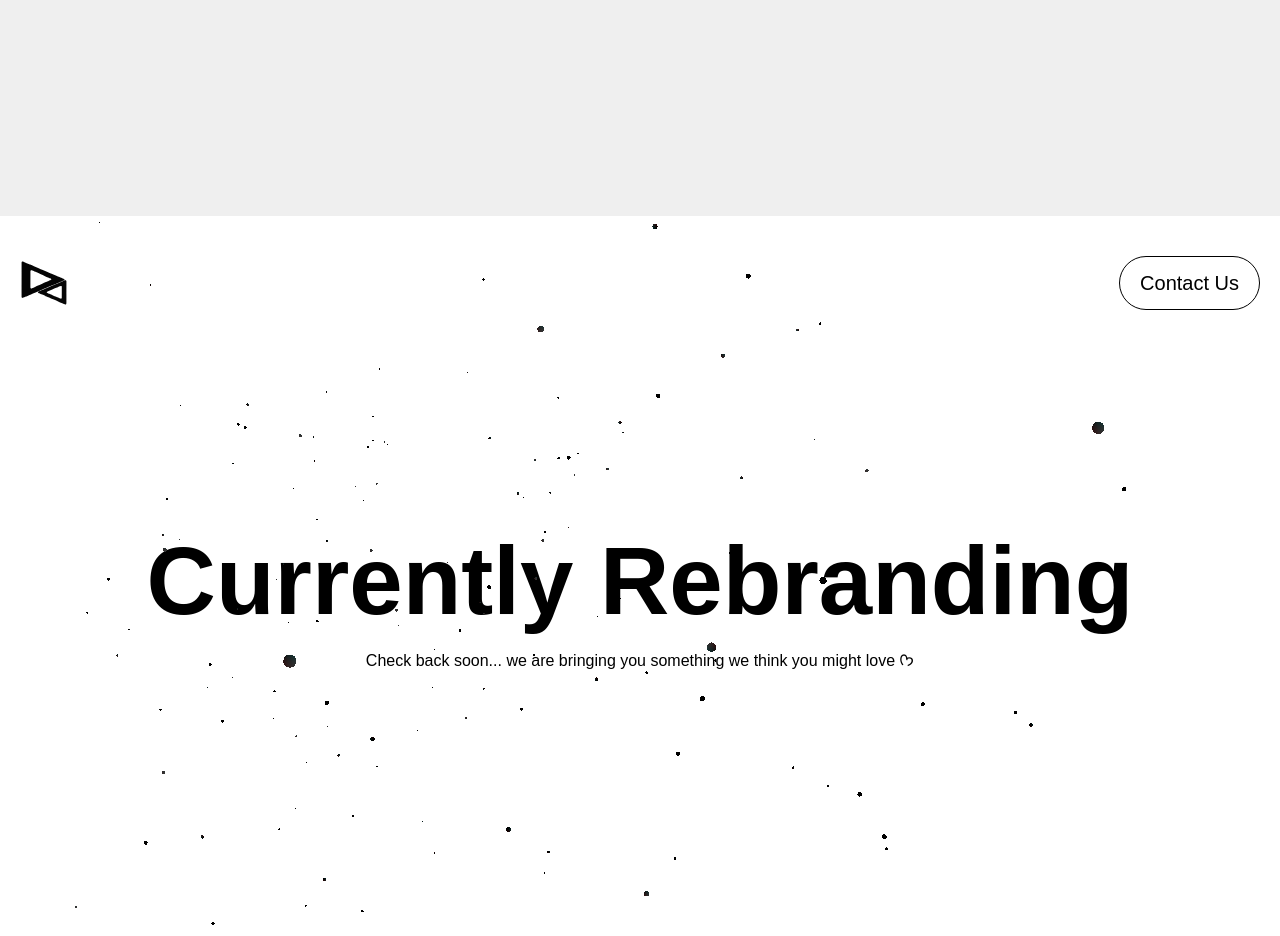
Repository: Cybugg/Nexxistudios-new
Page: /
The author's editor kept a copy of each file at every save. The page is drawn from the files as they stood at one save, then again after the next save.
The browser window is 1280 px wide. The pictures show the whole page.
The project was rebuilt for these pictures with package versions that can differ from the ones it lists, and the page was loaded fresh each time. The framework's server and built-in components were replaced by stand-ins that run in the browser. Also part of the build but not shown: next.config.mjs.

Above is the page before, as saved 2025-09-06 15:41:06.

### app/layout.js
import { Geist, Geist_Mono } from "next/font/google";
import localFont from "next/font/local";
import "./globals.css";
import Particles from "./Effects/Particles";


const geistSans = Geist({
  variable: "--font-geist-sans",
  subsets: ["latin"],
});
const clashGrotesk = localFont({
  src:"./../public/fonts/TTF/ClashGrotesk-Variable.ttf",
  variable:"--font-clashGrotesk"
})

const geistMono = Geist_Mono({
  variable: "--font-geist-mono",
  subsets: ["latin"],
});

export const metadata = {
  title: "Create Next App",
  description: "Generated by create next app",
};

export default function RootLayout({ children }) {
  return (
    <html lang="en">
      <body
        className={`${geistSans.variable} ${geistMono.variable} antialiased relative ${clashGrotesk.variable} `}>
            <div className="absolute w-full h-screen">
              <Particles particleColors={['#000000', '#000000']}
    particleCount={300}
    particleSpread={10}
    speed={0.1}
    particleBaseSize={100}
    moveParticlesOnHover={true}
    alphaParticles={false}
    disableRotation={false}
  />
        </div>

        {children}
      </body>
    </html>
  );
}

### app/page.js
"use client"
import { useGSAP } from "@gsap/react";
import TopNav from "./components/topNav";
import gsap from 'gsap';
import { useRef } from "react";
import Particles from "./Effects/Particles";




export default function Home() {
  const boxRef = useRef(null);
  useGSAP(() => {

    gsap.to("#progress", {
      width:"95%",
      duration:3,
      ease: 'power2.out',
    });
  },);

  return (
    <div className="grid grid-rows-[20px_1fr_20px] min-h-screen p-3 px-5  sm:p-5 bg-white text-black font-clashGrotesk">
      <main className="flex flex-col  row-start-2 items-center mx-auto container" >

      {/* Nav section */}
  <TopNav />
      {/* Hero */}
      <section className="h-full w-full flex items-center justify-center">
    <div className="">
    {/* <div className="text-3xl">
    Re-branding in Progress...
    </div> */}
    <div className="flex flex-col items-center justify-center gap-5 w-full">

{/* Main Text */}
<h1 className=" text-black flex items-center justify-center  w-full font-bold  text-8xl">
Currently Rebranding
</h1>
{/* Sub-text */}
<p className="">
  Check back soon... we are bringing you something we think you might love ᡣ𐭩
</p>
    </div>

    <div>

    </div>
    </div>
      </section>

      </main>
      <footer className="row-start-3 flex gap-[24px] flex-wrap items-center justify-center">

      </footer>
    </div>
  );
}

### app/globals.css
@import "tailwindcss";

:root {
  --background: #ffffff;
  --foreground: #171717;
}

@theme inline {
  --color-background: var(--background);
  --color-foreground: var(--foreground);
  --font-sans: var(--font-geist-sans);
  --font-mono: var(--font-geist-mono);
}

@media (prefers-color-scheme: dark) {
  :root {
    --background: #0a0a0a;
    --foreground: #ededed;
  }
}

body {
  background: var(--background);
  color: var(--foreground);
  font-family: Arial, Helvetica, sans-serif;
}

@keyframes load {
  0% {
    top: 4.5rem;
  }
  70% {
    top: 1.125rem;
  }
  90% {
    top: 0;
  }
  95% {
    top: 0;
  }
  100% {
    top: 4.5rem;
  }
}
@keyframes liquid-1 {
  0% {
    height: 0;
    opacity: 0;
    top: -0.5rem;
  }
  22% {
    height: 0.28125rem;
    top: 0.375rem;
    opacity: 1;
  }
  25% {
    top: -0.25rem;
  }
  35% {
    height: 1.125rem;
    top: -0.5rem;
  }
  55% {
    height: 0.28125rem;
    top: -0.125rem;
  }
  60% {
    height: 0.61875rem;
    opacity: 1;
    top: -0.275rem;
  }
  96% {
    height: 0.84375rem;
    opacity: 0;
    top: 0.5rem;
  }
  100% {
    height: 0;
    opacity: 0;
  }
}
@keyframes liquid-2 {
  0% {
    height: 0;
    opacity: 0;
    top: -0.5rem;
  }
  17.5% {
    height: 0.28125rem;
    top: 0.2rem;
    opacity: 1;
  }
  20% {
    top: -0.25rem;
  }
  25% {
    height: 1.40625rem;
    top: -0.625rem;
  }
  45% {
    height: 0.28125rem;
    top: -0.125rem;
  }
  60% {
    height: 1.40625rem;
    opacity: 1;
    top: -0.5rem;
  }
  96% {
    height: 0.84375rem;
    opacity: 0;
    top: 0.5rem;
  }
  100% {
    height: 0;
    opacity: 0;
  }
}
.battery {
  display: inline-block;
  position: relative;
  width: 2.25rem;
  height: 4.5rem;
  box-shadow: 0 0 0 0.2rem #425c77;
  background: white;
  border-radius: 0.09rem;
}
.battery:before {
  content: "";
  position: absolute;
  left: 0.5625rem;
  right: 0.5625rem;
  top: -0.3375rem;
  height: 0.3375rem;
  width: 1.125rem;
  background: #425c77;
  border-radius: 0.18rem;
}
.battery:after {
  content: "";
  position: absolute;
  top: 0;
  bottom: 0;
  left: 0;
  right: 0;
  border-right: 2.25rem solid transparent;
  border-bottom: 4.05rem solid rgba(255, 255, 255, 0.325);
}

.liquid {
  position: absolute;
  top: 0;
  bottom: 0;
  left: 0;
  right: 0;
  width: 2.25rem;
  background: #71fb85;
  animation: load 2.25s infinite;
}
.liquid:after, .liquid:before {
  content: "";
  position: absolute;
  top: -0.5rem;
  height: 1.125rem;
  width: 1.4625rem;
  background: #71fb85;
  border-radius: 50%;
  opacity: 0;
}
.liquid:after {
  right: 0;
  animation: liquid-1 2.25s infinite;
}
.liquid:before {
  left: 0;
  animation: liquid-2 2.25s infinite;
}

body {
  padding-top: 30vh;
  background: #efefef;
  text-align: center;
}

@keyframes power {
  0% {
    color: #bcbcbc;
  }
  75% {
    color: #bcbcbc;
    text-shadow: none;
  }
  90% {
    color: #58fa70;
    text-shadow: 0 0 0.8em #71fb85;
  }
  100% {
    color: #bcbcbc;
    text-shadow: none;
  }
}
h5 {
  font-family: Lato, sans-serif;
  font-weight: 300;
  letter-spacing: 0.025rem;
  text-transform: uppercase;
  color: #bcbcbc;
  animation: power 2.25s infinite;
}

### app/Effects/Particles.js
"use client"

import { useEffect, useRef } from 'react';
import { Renderer, Camera, Geometry, Program, Mesh } from 'ogl';

const defaultColors = ['#ffffff', '#ffffff', '#ffffff'];

const hexToRgb = hex => {
  hex = hex.replace(/^#/, '');
  if (hex.length === 3) {
    hex = hex
      .split('')
      .map(c => c + c)
      .join('');
  }
  const int = parseInt(hex, 16);
  const r = ((int >> 16) & 255) / 255;
  const g = ((int >> 8) & 255) / 255;
  const b = (int & 255) / 255;
  return [r, g, b];
};

const vertex = /* glsl */ `
  attribute vec3 position;
  attribute vec4 random;
  attribute vec3 color;

  uniform mat4 modelMatrix;
  uniform mat4 viewMatrix;
  uniform mat4 projectionMatrix;
  uniform float uTime;
  uniform float uSpread;
  uniform float uBaseSize;
  uniform float uSizeRandomness;

  varying vec4 vRandom;
  varying vec3 vColor;

  void main() {
    vRandom = random;
    vColor = color;

    vec3 pos = position * uSpread;
    pos.z *= 10.0;

    vec4 mPos = modelMatrix * vec4(pos, 1.0);
    float t = uTime;
    mPos.x += sin(t * random.z + 6.28 * random.w) * mix(0.1, 1.5, random.x);
    mPos.y += sin(t * random.y + 6.28 * random.x) * mix(0.1, 1.5, random.w);
    mPos.z += sin(t * random.w + 6.28 * random.y) * mix(0.1, 1.5, random.z);

    vec4 mvPos = viewMatrix * mPos;

    if (uSizeRandomness == 0.0) {
      gl_PointSize = uBaseSize;
    } else {
      gl_PointSize = (uBaseSize * (1.0 + uSizeRandomness * (random.x - 0.5))) / length(mvPos.xyz);
    }

    gl_Position = projectionMatrix * mvPos;
  }
`;

const fragment = /* glsl */ `
  precision highp float;

  uniform float uTime;
  uniform float uAlphaParticles;
  varying vec4 vRandom;
  varying vec3 vColor;

  void main() {
    vec2 uv = gl_PointCoord.xy;
    float d = length(uv - vec2(0.5));

    if(uAlphaParticles < 0.5) {
      if(d > 0.5) {
        discard;
      }
      gl_FragColor = vec4(vColor + 0.2 * sin(uv.yxx + uTime + vRandom.y * 6.28), 1.0);
    } else {
      float circle = smoothstep(0.5, 0.4, d) * 0.8;
      gl_FragColor = vec4(vColor + 0.2 * sin(uv.yxx + uTime + vRandom.y * 6.28), circle);
    }
  }
`;

const Particles = ({
  particleCount = 200,
  particleSpread = 10,
  speed = 0.1,
  particleColors,
  moveParticlesOnHover = false,
  particleHoverFactor = 1,
  alphaParticles = false,
  particleBaseSize = 100,
  sizeRandomness = 1,
  cameraDistance = 20,
  disableRotation = false,
  className
}) => {
  const containerRef = useRef(null);
  const mouseRef = useRef({ x: 0, y: 0 });

  useEffect(() => {
    const container = containerRef.current;
    if (!container) return;

    const renderer = new Renderer({ depth: false, alpha: true });
    const gl = renderer.gl;
    container.appendChild(gl.canvas);
    gl.clearColor(0, 0, 0, 0);

    const camera = new Camera(gl, { fov: 15 });
    camera.position.set(0, 0, cameraDistance);

    const resize = () => {
      const width = container.clientWidth;
      const height = container.clientHeight;
      renderer.setSize(width, height);
      camera.perspective({ aspect: gl.canvas.width / gl.canvas.height });
    };
    window.addEventListener('resize', resize, false);
    resize();

    const handleMouseMove = e => {
      const rect = container.getBoundingClientRect();
      const x = ((e.clientX - rect.left) / rect.width) * 2 - 1;
      const y = -(((e.clientY - rect.top) / rect.height) * 2 - 1);
      mouseRef.current = { x, y };
    };

    if (moveParticlesOnHover) {
      container.addEventListener('mousemove', handleMouseMove);
    }

    const count = particleCount;
    const positions = new Float32Array(count * 3);
    const randoms = new Float32Array(count * 4);
    const colors = new Float32Array(count * 3);
    const palette = particleColors && particleColors.length > 0 ? particleColors : defaultColors;

    for (let i = 0; i < count; i++) {
      let x, y, z, len;
      do {
        x = Math.random() * 2 - 1;
        y = Math.random() * 2 - 1;
        z = Math.random() * 2 - 1;
        len = x * x + y * y + z * z;
      } while (len > 1 || len === 0);
      const r = Math.cbrt(Math.random());
      positions.set([x * r, y * r, z * r], i * 3);
      randoms.set([Math.random(), Math.random(), Math.random(), Math.random()], i * 4);
      const col = hexToRgb(palette[Math.floor(Math.random() * palette.length)]);
      colors.set(col, i * 3);
    }

    const geometry = new Geometry(gl, {
      position: { size: 3, data: positions },
      random: { size: 4, data: randoms },
      color: { size: 3, data: colors }
    });

    const program = new Program(gl, {
      vertex,
      fragment,
      uniforms: {
        uTime: { value: 0 },
        uSpread: { value: particleSpread },
        uBaseSize: { value: particleBaseSize },
        uSizeRandomness: { value: sizeRandomness },
        uAlphaParticles: { value: alphaParticles ? 1 : 0 }
      },
      transparent: true,
      depthTest: false
    });

    const particles = new Mesh(gl, { mode: gl.POINTS, geometry, program });

    let animationFrameId;
    let lastTime = performance.now();
    let elapsed = 0;

    const update = t => {
      animationFrameId = requestAnimationFrame(update);
      const delta = t - lastTime;
      lastTime = t;
      elapsed += delta * speed;

      program.uniforms.uTime.value = elapsed * 0.001;

      if (moveParticlesOnHover) {
        particles.position.x = -mouseRef.current.x * particleHoverFactor;
        particles.position.y = -mouseRef.current.y * particleHoverFactor;
      } else {
        particles.position.x = 0;
        particles.position.y = 0;
      }

      if (!disableRotation) {
        particles.rotation.x = Math.sin(elapsed * 0.0002) * 0.1;
        particles.rotation.y = Math.cos(elapsed * 0.0005) * 0.15;
        particles.rotation.z += 0.01 * speed;
      }

      renderer.render({ scene: particles, camera });
    };

    animationFrameId = requestAnimationFrame(update);

    return () => {
      window.removeEventListener('resize', resize);
      if (moveParticlesOnHover) {
        container.removeEventListener('mousemove', handleMouseMove);
      }
      cancelAnimationFrame(animationFrameId);
      if (container.contains(gl.canvas)) {
        container.removeChild(gl.canvas);
      }
    };
    // eslint-disable-next-line react-hooks/exhaustive-deps
  }, [
    particleCount,
    particleSpread,
    speed,
    moveParticlesOnHover,
    particleHoverFactor,
    alphaParticles,
    particleBaseSize,
    sizeRandomness,
    cameraDistance,
    disableRotation
  ]);

  return <div ref={containerRef} className={`relative w-full h-full ${className}`} />;
};

export default Particles;

### app/components/topNav.js
import Image from 'next/image';
import React from 'react'
import logo from "@/assets/images/logo-light.svg"

function TopNav() {
  return (
    <div className="flex justify-between items-center w-full">
    {/* Logo */}
    <div>
      <Image src={logo} width={48} height={46} alt="nexxistudios's logo" />
    </div>
    <ul>
      <li className="py-3 px-5 text-xl rounded-full border cursor-pointer">
Contact Us
      </li>
    </ul>
  </div>
  )
}

export default TopNav;

After the next save:
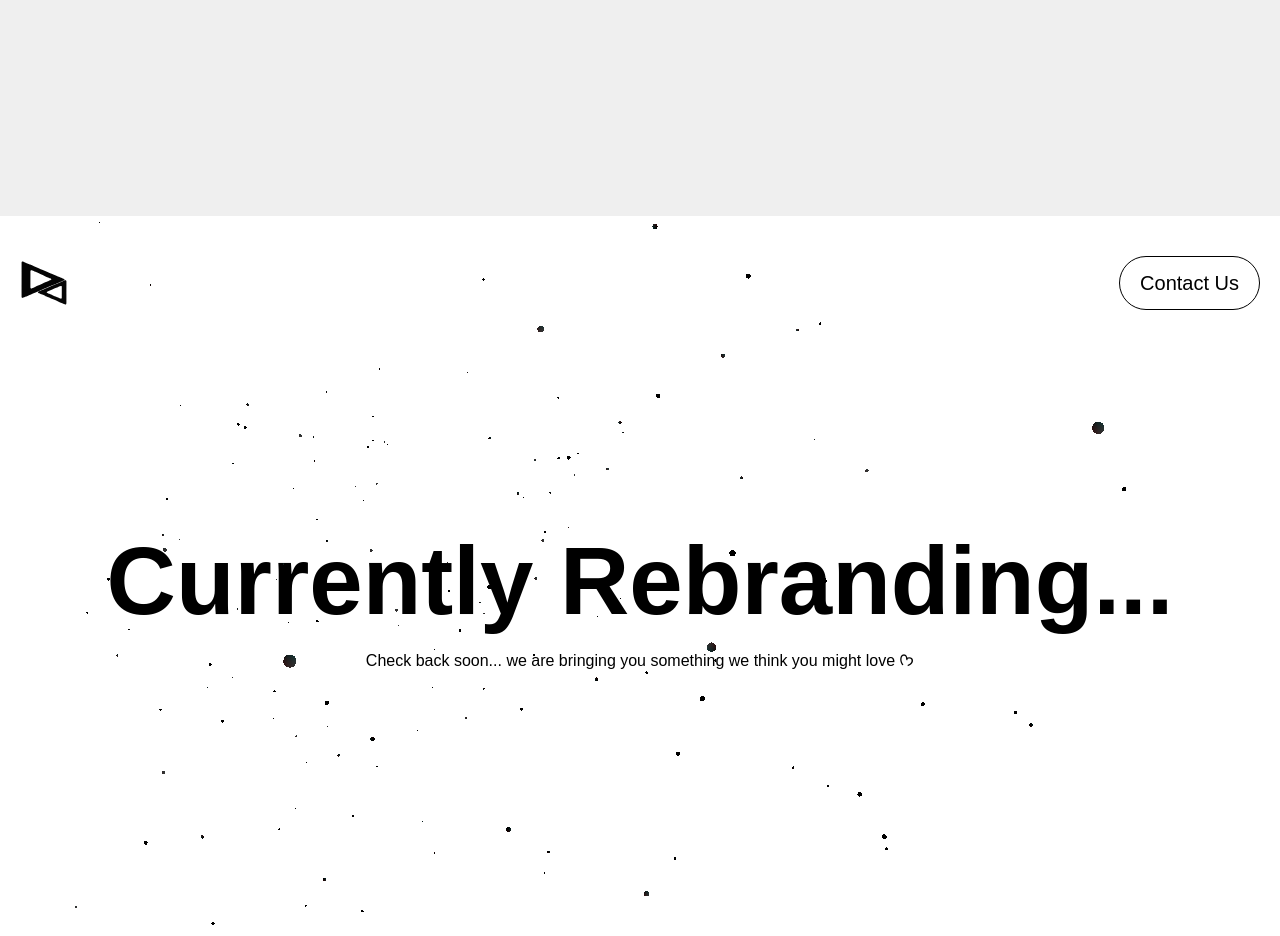
Saved 6 s later.
--- a/app/page.js
+++ b/app/page.js
@@ -35,7 +35,7 @@ export default function Home() {
 
 {/* Main Text */}
 <h1 className=" text-black flex items-center justify-center  w-full font-bold  text-8xl">
-Currently Rebranding
+Currently Rebranding...
 </h1>
 {/* Sub-text */}
 <p className="">
